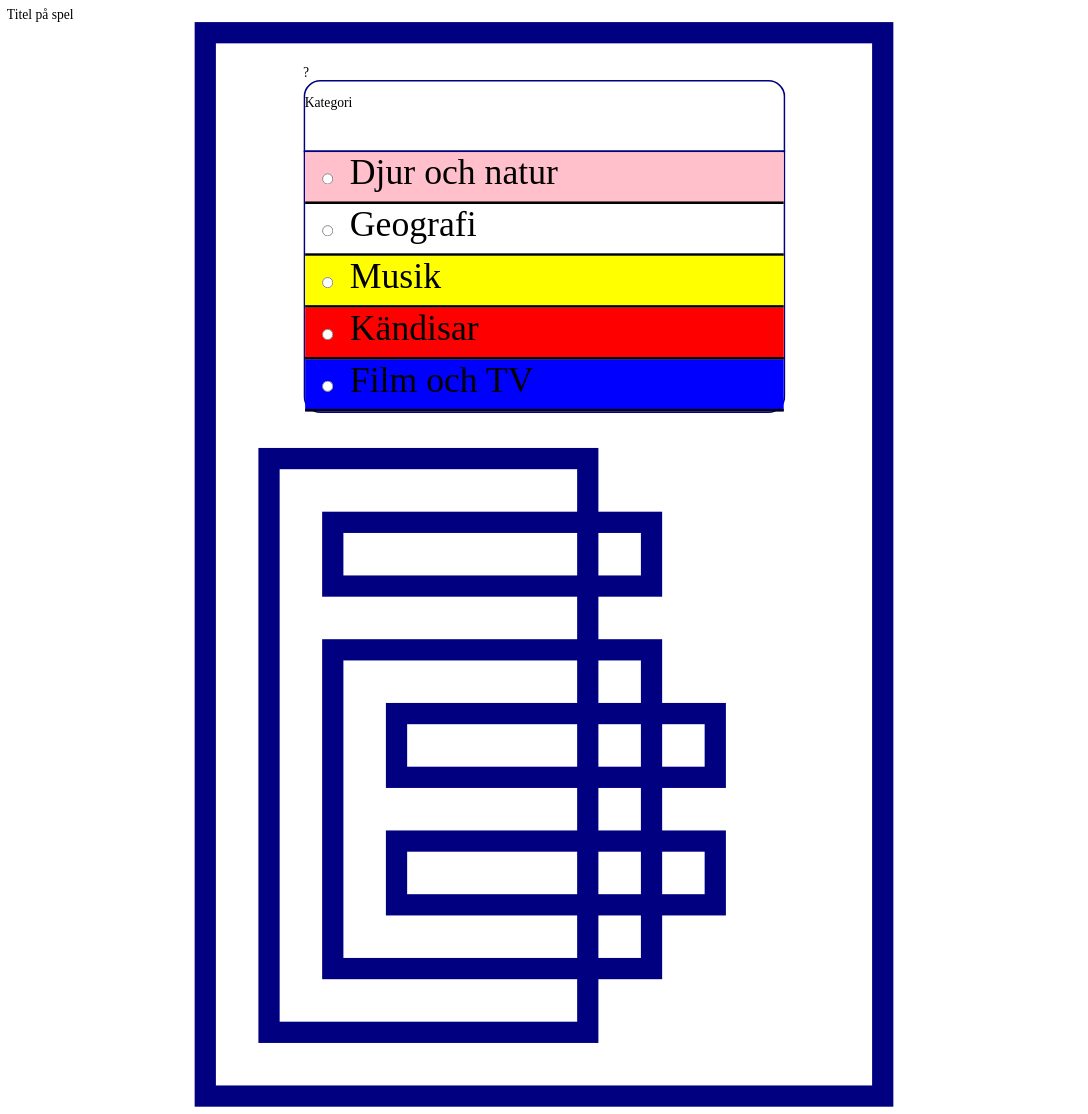
Repository: ed222gg/project2
Page: pages/start.html
The author's editor kept a record of every edit. The page is drawn from the files as they stood at one moment, then again after the next edit.
The browser window is 1280 px wide. The pictures show the whole page, at 85% of full size.

Above is the page before.

After the next edit:
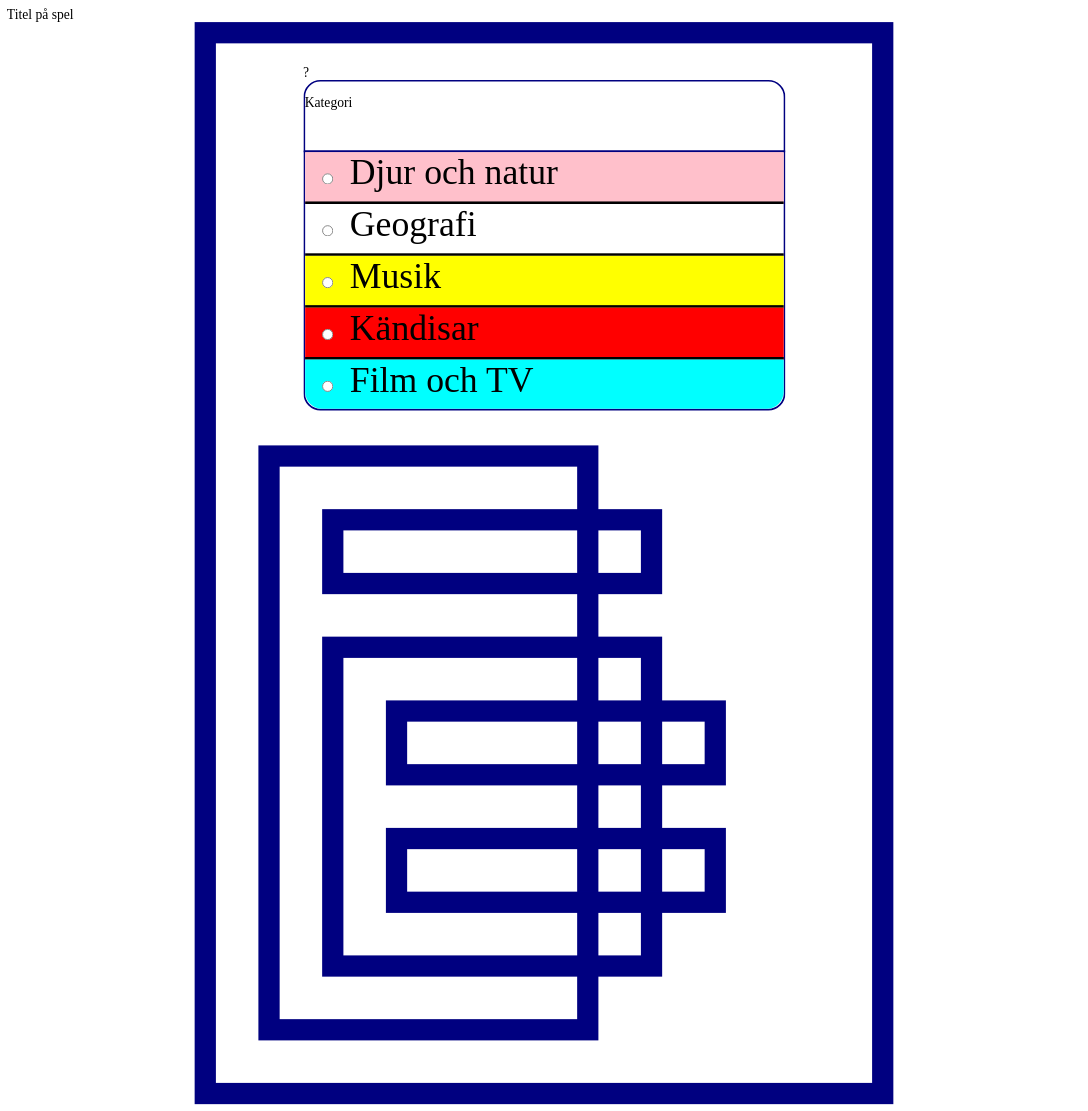
The edit:
--- a/css/style.css
+++ b/css/style.css
@@ -115,6 +115,8 @@
 border-bottom-style: solid;
 }
 #li4{
-background-color:blue;
-border-bottom-style: solid;
+background-color:aqua;
+  border-bottom-left-radius: 20px;
+  border-bottom-right-radius: 20px;
+
 }
